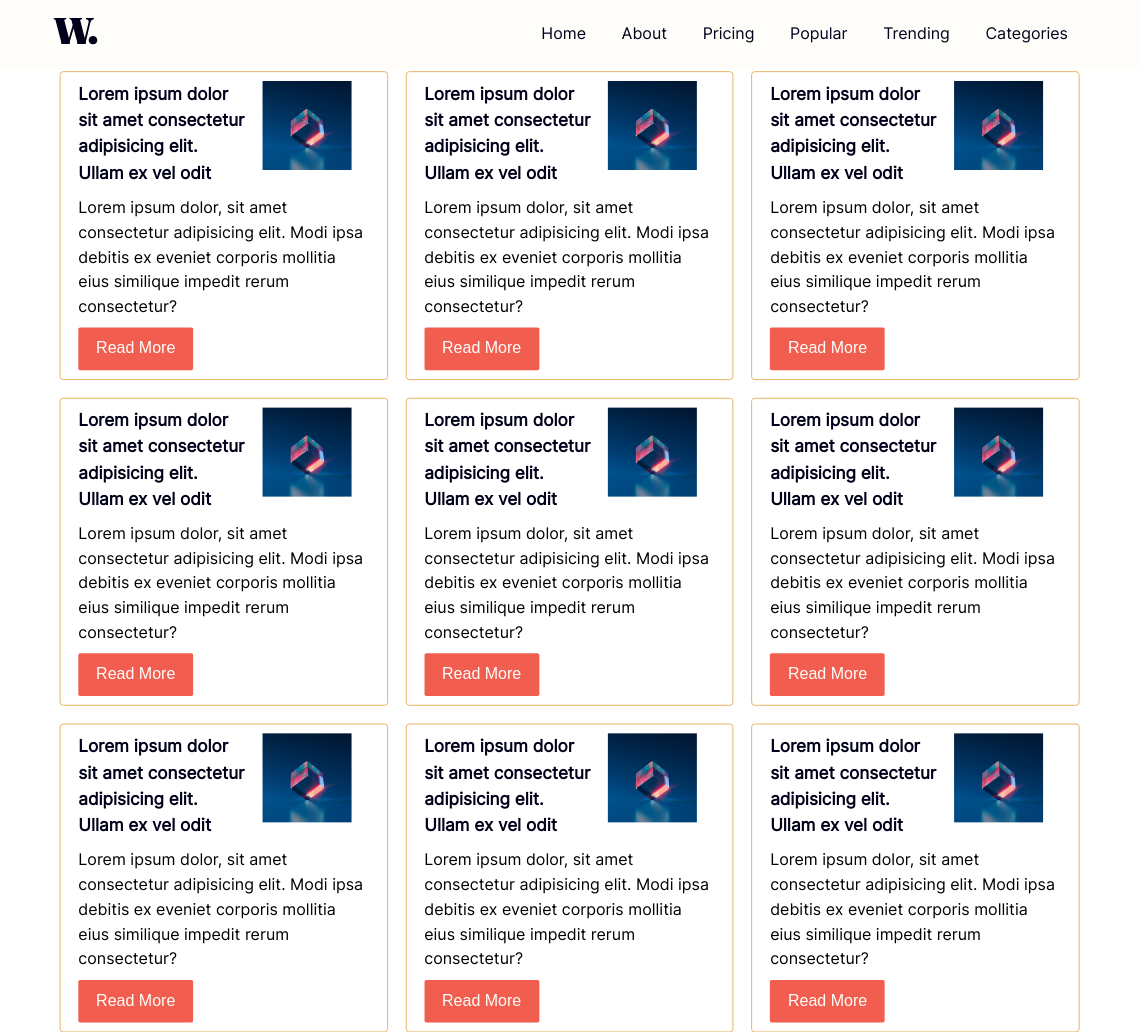
Repository: Benedict-Anthony/web3.0-blog-chain
Page: /trending
These files come from the project's save history. The page is drawn as it stood at one moment and after the next save; the edit follows.
The browser window is 1280 px wide. The pictures show the whole page, at 89% of full size.
The project was rebuilt for these pictures with package versions that can differ from the ones it lists, and the page was loaded fresh each time. The framework's server and built-in components were replaced by stand-ins that run in the browser. Also part of the build but not shown: next.config.js, styles/styles.css.

Above is the page before, as saved 2022-12-21 03:18:00.

### pages/_app.tsx
import '../styles/globals.scss'
import type { AppProps } from 'next/app'
import NavBar from '../components/NavBar'
import "@/styles/styles.css"
export default function App({ Component, pageProps }: AppProps) {
  return (
    <>
      <NavBar />
      <Component {...pageProps} />
    </>
  )
}

### pages/trending.tsx
import Layout from 'components/Layout'
import React from 'react'
import TrendingStyles from "@/styles/Trending.module.scss"
import Trending from 'components/Trending'
import { GetStaticProps } from 'next';

export const getStaticProps: GetStaticProps = async () => {
    // const apiKey = process.env.REACT_APP_RAPID_API_KEY || ""
    // const apiHost = process.env.REACT_APP_RAPID_NEWS_API_HOST || ""
    // // const params = {q: 'crytocurrency', freshness: 'Day', textFormat: 'Raw', safeSearch: 'Off'}
    // const url = `https://bing-news-search1.p.rapidapi.com/news/search?q=cryptocurrency&safeSearch=Off&textFormat=Raw&freshness=Day&count=100`
    // const config = {
    //     headers: {
    //         'X-RapidAPI-Key': apiKey,
    //         'X-RapidAPI-Host':apiHost,
    //         // "Accept-Language": "EN"
    //     }
    // }


    // const response = await fetch(url, config)
    // const data = await response.json()
    // console.log(data)
    return {
        props: {
            // news:data.value
            news:[1,2,3,4,5,6,7,8,9]
        }
    }
}
type TrendingProps = {
    news: {
        id: number
        name: string
        date: string
        slug: string
        image: { thumbnail: { contentUrl: string } }
        description:string
    }[]
}
const TrendingPage = ({news}:TrendingProps) => {

  return (
    <Layout>
          <section className={TrendingStyles.section}>
          {news.map((item) => (
              <Trending news={item} key={item.id}/>
          ))}



              </section>
    </Layout>

  )
}

export default TrendingPage

### styles/globals.scss
:root{
  --SoftOrange: hsl(35, 77%, 62%);
  --SoftRed: hsl(5, 85%, 63%);

  --Red: hsl(0, 78%, 62%);
  --Cyan: hsl(180, 62%, 55%);
  --Orange: hsl(34, 97%, 64%);
  --Blue: hsl(212, 86%, 64%);

  --OffWhite: hsl(36, 100%, 99%);
  --GrayishBlue: hsl(233, 8%, 79%);
  --DarkGrayishBlue: hsl(236, 13%, 42%);
  --VeryDarkBlue: hsl(240, 100%, 5%);
}

@font-face{
  font-family: "Inter";
  src: url("/landing/assets/fonts/static/inter-Bold.ttf");
  src: url("/landing/assets/fonts/static/inter-ExtraBold.ttf");
  src: url("/landing/assets/fonts/static/inter-Regular.ttf");
}

*::after, *::before, *{
  padding: 0;
  margin: 0;
  box-sizing: border-box;
  transition: all .3s ease;
  line-height: 1.54em;
}


ul,li{
  list-style: none;
}

html{
  scroll-behavior: smooth;
}

body{
  font-family: "Inter";
}

.swiper {
    overflow: visible;
}

### components/NavBar.tsx
import React from 'react'
import {useState} from "react"
import Image from 'next/image'
import Link from 'next/link';
import NavBarStyles from "@/styles/navBar.module.scss";

const NavBar = () => {
  const [mobileActive, setMobileActive] = useState(false)
  return (

        <header className={NavBarStyles.header}>
          <nav className={NavBarStyles.nav}>
               <div className="logo">
                <Image src="/landing/assets/images/logo.svg" alt="" width={50} height={30} />
              </div>

              <ul style={{
                right: mobileActive ? "0" : "calc(100vw + 50px)"
              }}>
                  <li><Link href={"/"}>Home</Link></li>
                  <li><Link href={"/about"}>About</Link></li>
                  <li><Link href={"/pricing"}>Pricing</Link></li>
                  <li><Link href={"/popular"}>Popular</Link></li>
                  <li><Link href={"/trending"}>Trending</Link></li>
                  <li><Link href={"/categories"}>Categories</Link></li>

              </ul>

                  <div className={NavBarStyles.toggler} onClick={() => setMobileActive(!mobileActive)}>
                      <Image src={`/landing/assets/images/${mobileActive ? "icon-menu-close.svg" : "icon-menu.svg"}`} alt="" width={25} height={20} />
            </div>

         </nav>
    </header>

  )
}

export default NavBar

### components/Layout.tsx
import React from 'react'
import UtilsStyles from "@/styles/Utils.module.scss";
import {ReactNode} from "react"

type layoutProps = {
    children: ReactNode
}
const Layout = ({children}:layoutProps) => {
  return (
    <main className={UtilsStyles.container}>
      <section className={UtilsStyles.spaceY}>
        {children}
      </section>
      </main>
  )
}

export default Layout

### styles/Trending.module.scss
.article{
    border: 1px solid var(--SoftOrange);
    border-radius: 4px;
    padding: 10px 20px;

    &:hover{
        transform: scale(.99);
    }
    div{
        width: 100%;
        position: relative;
        display: flex;
        justify-content: space-between;
        align-items: flex-start;
        column-gap: 20px;
        img{
            width: 100px;

        }
        h4{
            font-weight: 600;
            color: var(--VeryDarkBlue);
            font-size: 1.2rem;
        }

    }
    p{
        font-size: 18px;
        padding-top: 10px;
    }


}

.section{
    display: grid;
    grid-template-columns: repeat(auto-fit, minmax(22rem, 1fr));
    justify-content: space-between;
    align-items: center;
    gap: 20px;
}

### components/Trending.tsx
import React from 'react'
import TrendingStyles from "@/styles/Trending.module.scss"
import Button from './Button'
type TrendingProps = {
    news: {
        id: number
        name: string
        date: string
        slug: string
      image: { thumbnail: { contentUrl: string } }
        description:string
    }
}

const Trending = ({news}:TrendingProps) => {
  return (
    <article className={TrendingStyles.article}>
        <div>
              <h4>Lorem ipsum dolor sit amet consectetur adipisicing elit. Ullam ex vel odit </h4>

              {/* <img src={news.image ? news.image.thumbnail.contentUrl : "nft/images/image-equilibrium.jpg"} alt="" /> */}
              <img src={"nft/images/image-equilibrium.jpg"} alt="" />
              <span>{news.date}</span>
          </div>

        <p>Lorem ipsum dolor, sit amet consectetur adipisicing elit. Modi ipsa debitis ex eveniet corporis mollitia eius similique impedit rerum consectetur?</p>

              <Button title='read more'/>
    </article>
  )
}

export default Trending

### styles/navBar.module.scss
.header{
    position: fixed;
    top: 0;
    right: 0;
    left: 0;
    // max-width: 1160px;
    margin: 0 auto;
    padding: 20px;
     background-color: var(--OffWhite);
     z-index:10;
    //  box-shadow:  2px 1px 3px var(--DarkGrayishBlue);
}

.nav{
    display: flex;
    justify-content: space-between;
    align-items: center;
     max-width: 1160px;
    margin: 0 auto;

    .logo{
        width: 50px;
    }

    ul{
        display: flex;
        align-items: center;
        justify-content: space-between;

        li{
            margin: 0 20px;

            a{
                text-decoration: none;
                font-size: 18px;
                color: var(--VeryDarkBlue);
                font-family: "Inter";
                font-weight: 400;
                &:hover{
                    color: var(--SoftRed);
                    cursor: pointer;
                }
            }
        }
    }

    @media(max-width:767px) {
        ul{
            position: absolute;
            top: 0;
            width: 80%;
            background-color: var(--OffWhite);
            box-shadow: 2px 2px 3px var(--DarkGrayishBlue);
            height: 100vh;
            flex-flow: column;
            justify-content: center;
            align-items: flex-start;
            padding-left: 10px;

            li{
                margin: 20px 0;

                a{
                    font-size: 22px;
                }
            }

        }


    }
}



.toggler{
        display: none;


        @media(max-width:767px) {
            display: block;
            z-index: 10;
        }
    }

### styles/Utils.module.scss
.container{
    max-width: 1160px;
    margin: 0 auto;
    overflow:hidden;
    padding: 0 7px;
}

.spaceY{
    padding-top: 2.5rem;
    margin-top: 2.5rem;
}

### components/Button.tsx
import React from 'react'
import ButtonbStyles from "@/styles/Button.module.scss"
type ButtonProps = {
    title:string
}
const Button = ({title}: ButtonProps) => {
  return (
    <button className={ButtonbStyles.button}>
      {title}
    </button>
  )
}

export default Button

### styles/Button.module.scss
.button{
    display: inline-block;
    color: var(--OffWhite);
    padding: 10px 20px;
    border: 0;
    background-color: var(--SoftRed);
    margin-top: 10px;
    font-size: 18px;
    border-radius: 2px;
    text-transform: capitalize;

    &:hover{
        cursor: pointer;
        background-color: var(--VeryDarkBlue);
    }
}

After the next save:
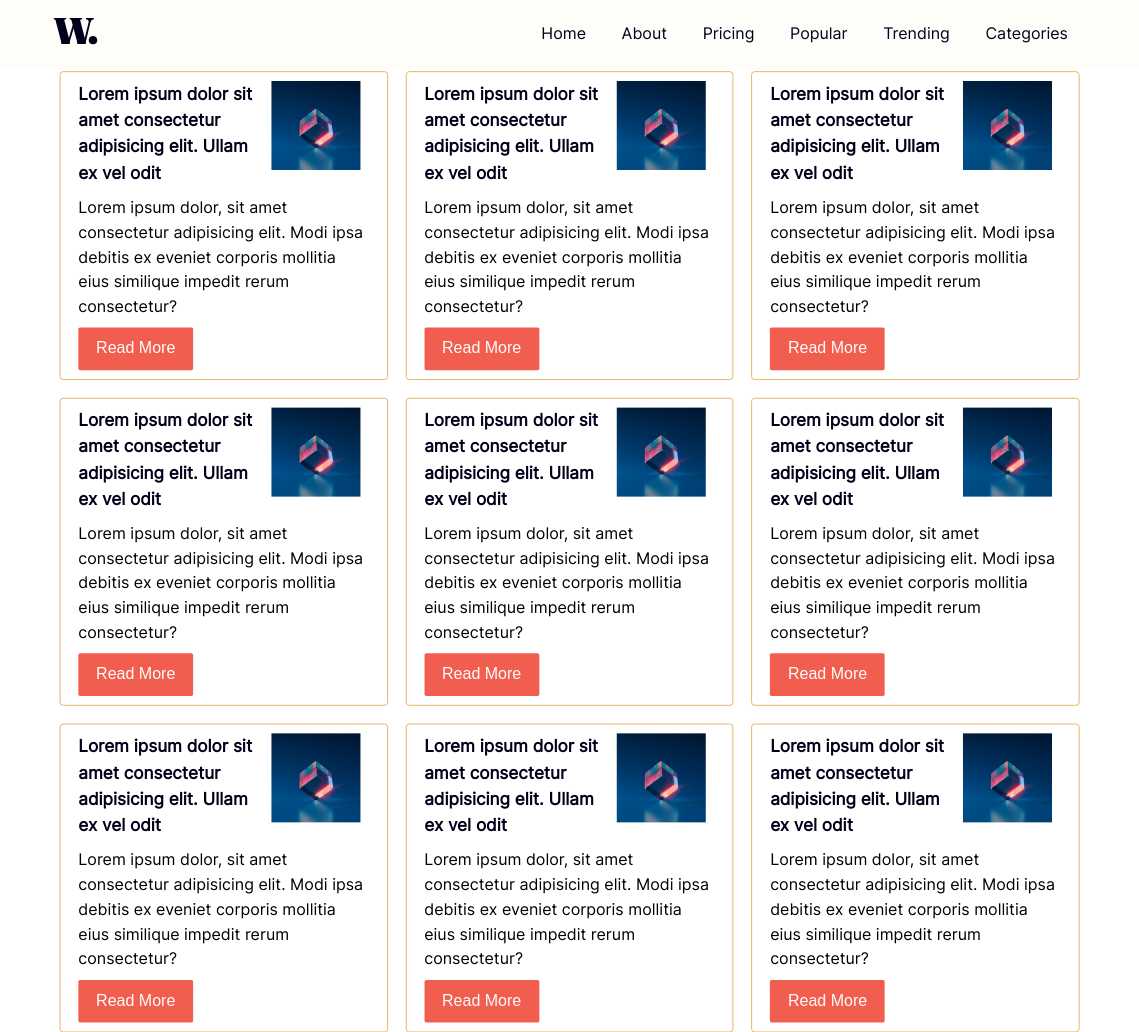
Saved 7 s later.
--- a/styles/Trending.module.scss
+++ b/styles/Trending.module.scss
@@ -12,7 +12,7 @@
         display: flex;
         justify-content: space-between;
         align-items: flex-start;
-        column-gap: 20px;
+        column-gap: 10px;
         img{
             width: 100px;
 
